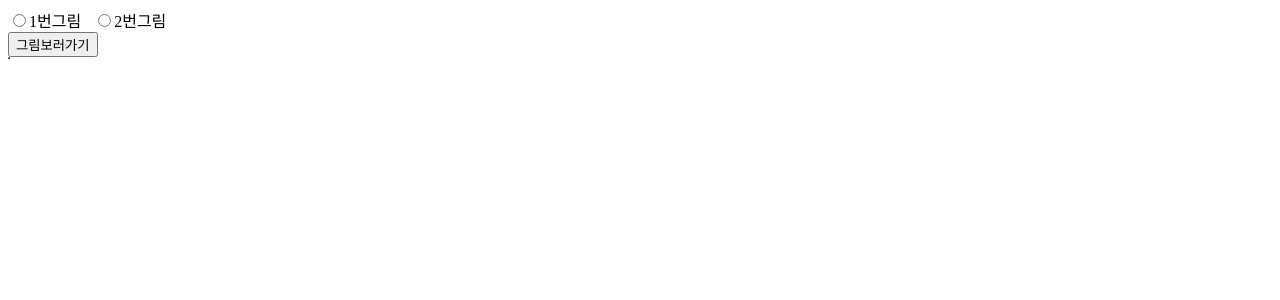
Repository: SimpleRan/jsp_paractice2
Page: http://localhost/JSPBasic/jspobject/request/req_photo.jsp
The author's editor kept a copy of each file at every save. The page is drawn from the files as they stood at one save, then again after the next save.
The browser window is 1280 px wide. The pictures show the whole page.
The page is served by Tomcat 9.

Above is the page before, as saved 2022-03-25 12:41:29.

After the next save:
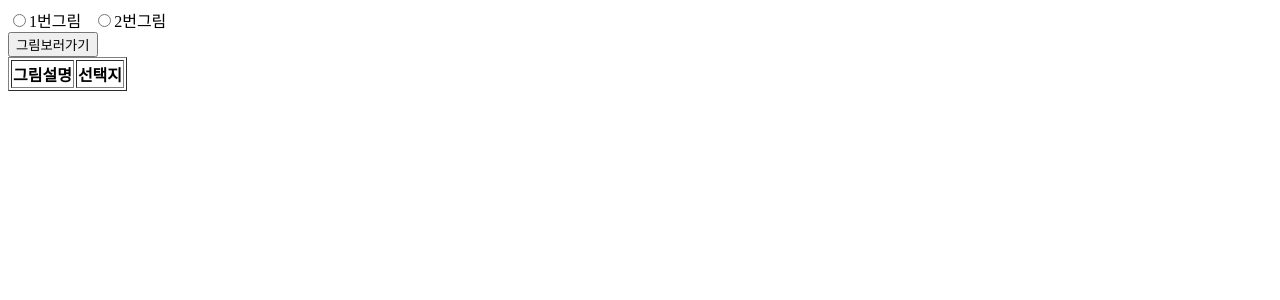
Saved 4 min 48 s later.
--- a/JSPBasic/src/main/webapp/jspobject/request/req_photo.jsp
+++ b/JSPBasic/src/main/webapp/jspobject/request/req_photo.jsp
@@ -25,7 +25,7 @@
 	 	 2. if~else 를 이용해서 1번을 골랐다면 1번 그림을 골랐습니다.
 	 	   2번을 골랐다면 2번그림을 골랐습니다. 라고 나오게 합니다.
 	 	 3. img 태그를 이용해 글 대신 그림이 나오게 처리합니다.-->
-	 	 <table border ="1">
+
 	 <form action="http://localhost:8181/JSPBasic/jspobject/request/req_photo_result.jsp">
 
 	 <input type="radio" name="photo" value="1번그림">1번그림 &nbsp;
@@ -33,8 +33,13 @@
 
 	 <input type= "submit" class="btn btn-primary" value="그림보러가기"/>
 
+	 <table border ="1">
+	 <thead>
+	 <th> 그림설명 </th>
+	 <th> 선택지 </th>
+	 </thead>
+	 </table>
+	</form>
 
-	</form>
-	 	 </table>
 </body>
 </html>
